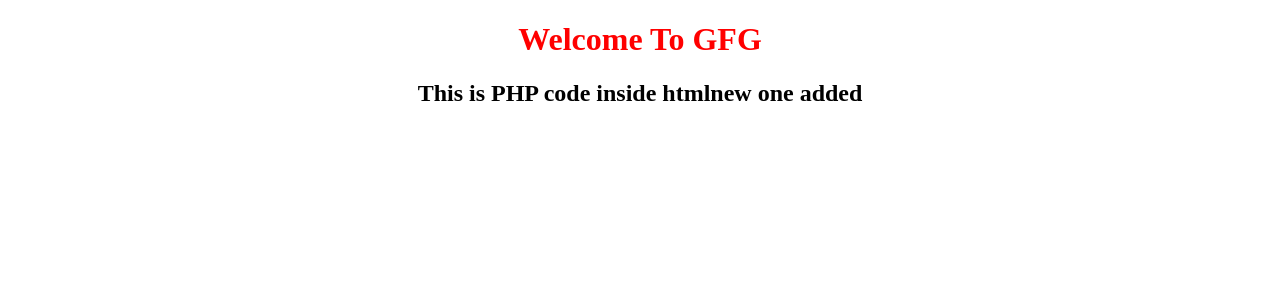
Repository: navyasureshkodenkiri/phpprojectgh-
Page: http://localhost/example1.php
An editor plug-in stored every save of this project. The page is shown before and after the next save, followed by the edit.
The browser window is 1280 px wide. The pictures show the whole page.
The page is run by PHP 8.4 with error messages shown; the project is at /var/www/html/.

Above is the page before, as saved 2022-12-14 11:03:49.

### example1.php
<!DOCTYPE html>
<html>

<head>
    <style>
        h1 {
            color: red;
        }
    </style>
</head>

<body>
    <center>
        <h1>Welcome To GFG</h1>

        <h2>
            <?php
            echo "This is PHP code inside html";
            echo "new one added";
            echo ""

            ?>
        </h2>
    </center>
</body>

</html>

After the next save:
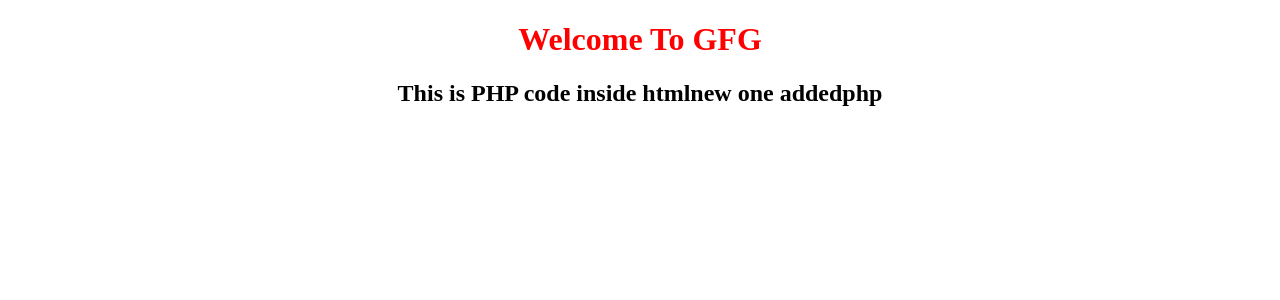
Saved 7 s later.
--- a/example1.php
+++ b/example1.php
@@ -17,7 +17,7 @@
             <?php
             echo "This is PHP code inside html";
             echo "new one added";
-            echo ""
+            echo "php "
 
             ?>
         </h2>
